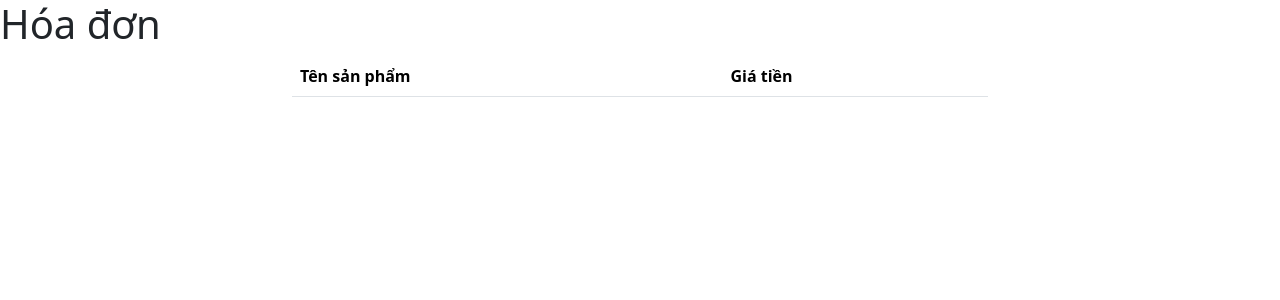
Repository: wuubangdev/bookstore-servlet-jsp
Page: http://localhost/Bai20_JSPCoban_TrangMuaHang/datMuaMayTinh.jsp
An editor plug-in stored every save of this project. The page is shown before and after the next save, followed by the edit.
The browser window is 1280 px wide. The pictures show the whole page.
The page is served by Tomcat 9.

Above is the page before, as saved 2024-03-19 03:36:29.

After the next save:
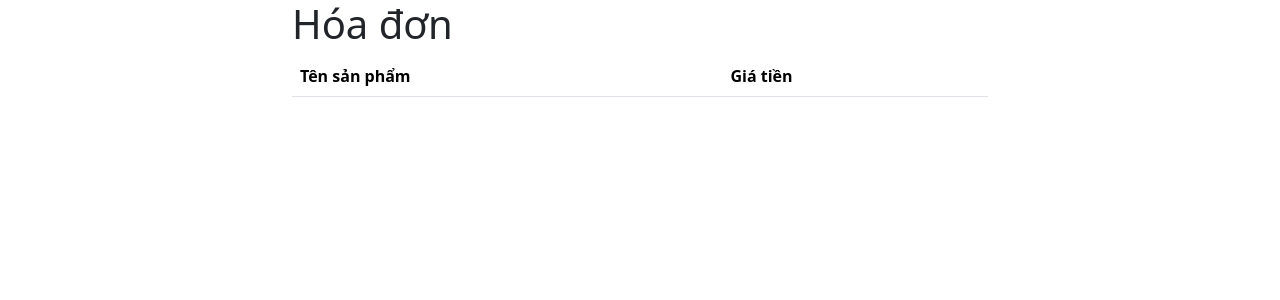
Saved 21 s later.
--- a/Bai20_JSPCoban_TrangMuaHang/src/main/webapp/datMuaMayTinh.jsp
+++ b/Bai20_JSPCoban_TrangMuaHang/src/main/webapp/datMuaMayTinh.jsp
@@ -71,8 +71,9 @@
 		}
 		totalPrice = accessoriesPrice + monitorPrice +ramPrice + processorPrice;
 	%>
+
+	<div class="container" style="width: 720px">
 	<h1>Hóa đơn</h1>
-	<div class="container" style="width: 720px">
 		<table class="table">
 		  <thead>
 		    <tr>
